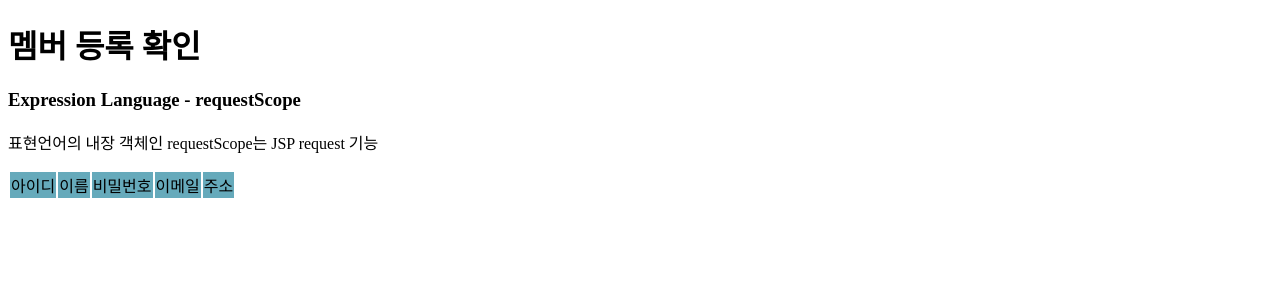
Repository: jsb5589/JAVAStudy
Page: http://localhost/JSP04/members/member5.jsp
The author's editor kept a copy of each file at every save. The page is drawn from the files as they stood at one save, then again after the next save.
The browser window is 1280 px wide. The pictures show the whole page.
The page is served by Tomcat 9. Other server files are loaded and not shown. The template is opened directly, without the code that normally fills it, so the values that code supplies are empty.

Above is the page before, as saved 2021-08-12 07:50:10.

### EZWebs/JSP04/src/main/webapp/members/member5.jsp
<%@ page language="java" contentType="text/html; charset=UTF-8"
    pageEncoding="UTF-8" isELIgnored="false"%>

<%
	request.setCharacterEncoding("UTF-8");
%>

<!DOCTYPE html>
<html>
<head>
	<meta charset="UTF-8">
	<title>멤버 등록 및 조회</title>
</head>
<body>
	<h1>멤버 등록 확인</h1>
	<h3>Expression Language - requestScope</h3>
	<p>표현언어의 내장 객체인 requestScope는 JSP request 기능</p>
	<table>
		<tr bgcolor="66aabb">
			<td>아이디</td>
			<td>이름</td>
			<td>비밀번호</td>
			<td>이메일</td>
			<td>주소</td>
		</tr>
		<tr>
			<td>${param.mid}</td>
			<td>${param.mname}</td>
			<td>${param.pwd}</td>
			<td>${param.email}</td>
			<td>${requestScope.address}</td>
		</tr>
	</table>
</body>
</html>

After the next save:
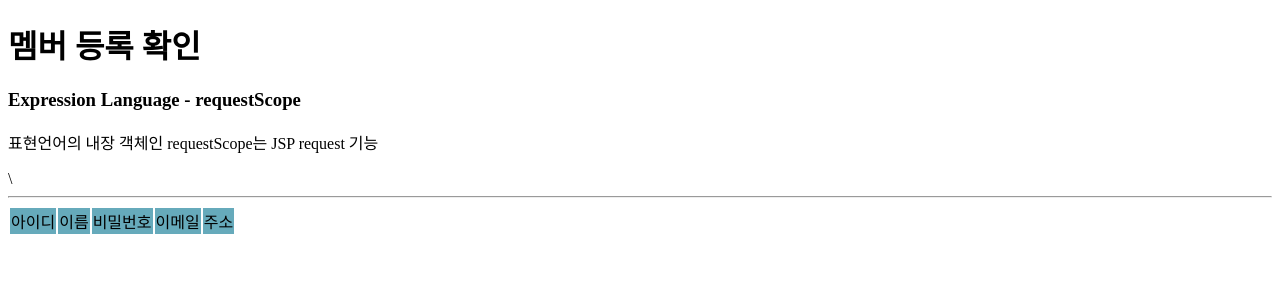
Saved 12 s later.
--- a/EZWebs/JSP04/src/main/webapp/members/member5.jsp
+++ b/EZWebs/JSP04/src/main/webapp/members/member5.jsp
@@ -14,7 +14,8 @@
 <body>
 	<h1>멤버 등록 확인</h1>
 	<h3>Expression Language - requestScope</h3>
-	<p>표현언어의 내장 객체인 requestScope는 JSP request 기능</p>
+	<p>표현언어의 내장 객체인 requestScope는 JSP request 기능</p>\
+	<hr>
 	<table>
 		<tr bgcolor="66aabb">
 			<td>아이디</td>
